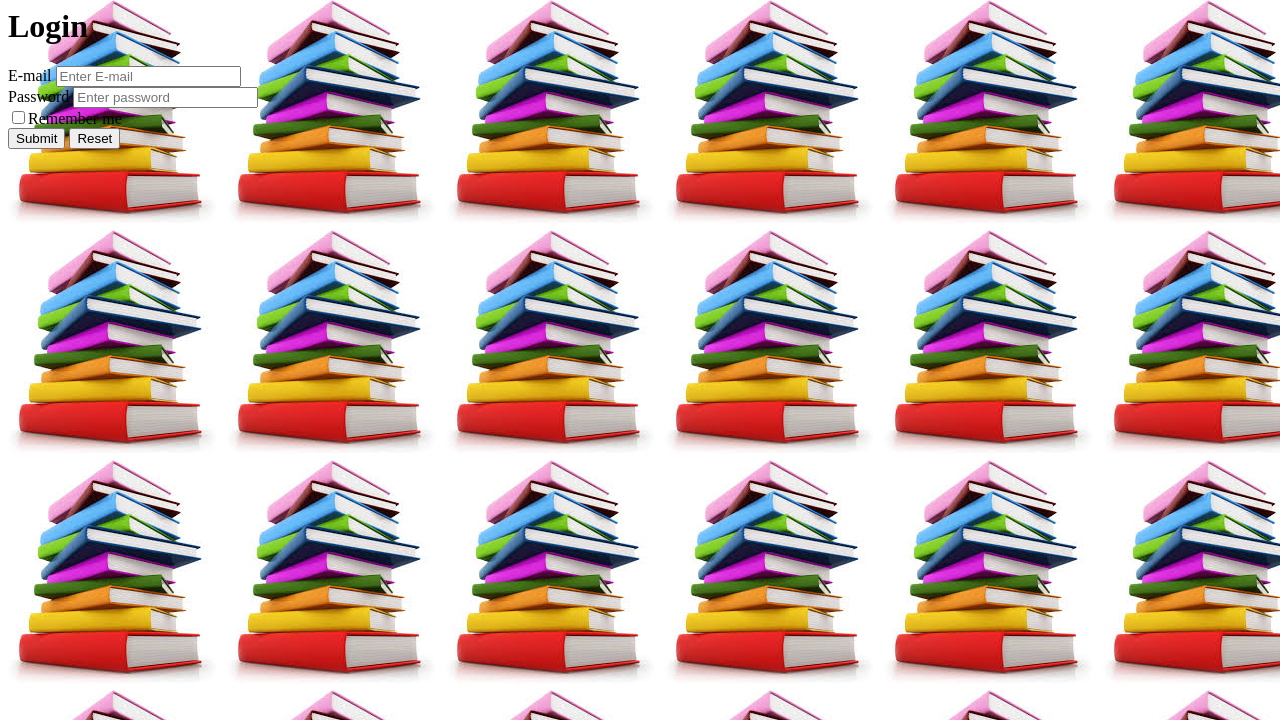
Repository: BragadeeshChandrasekar/my-bookshelf
Page: http://localhost/booksales/Login.jsp
The author's editor kept a copy of each file at every save. The page is drawn from the files as they stood at one save, then again after the next save.
The browser window is 1280 px wide. The pictures show the whole page.
The page is served by Tomcat 9.

Above is the page before, as saved 2016-06-10 11:00:08.

After the next save:
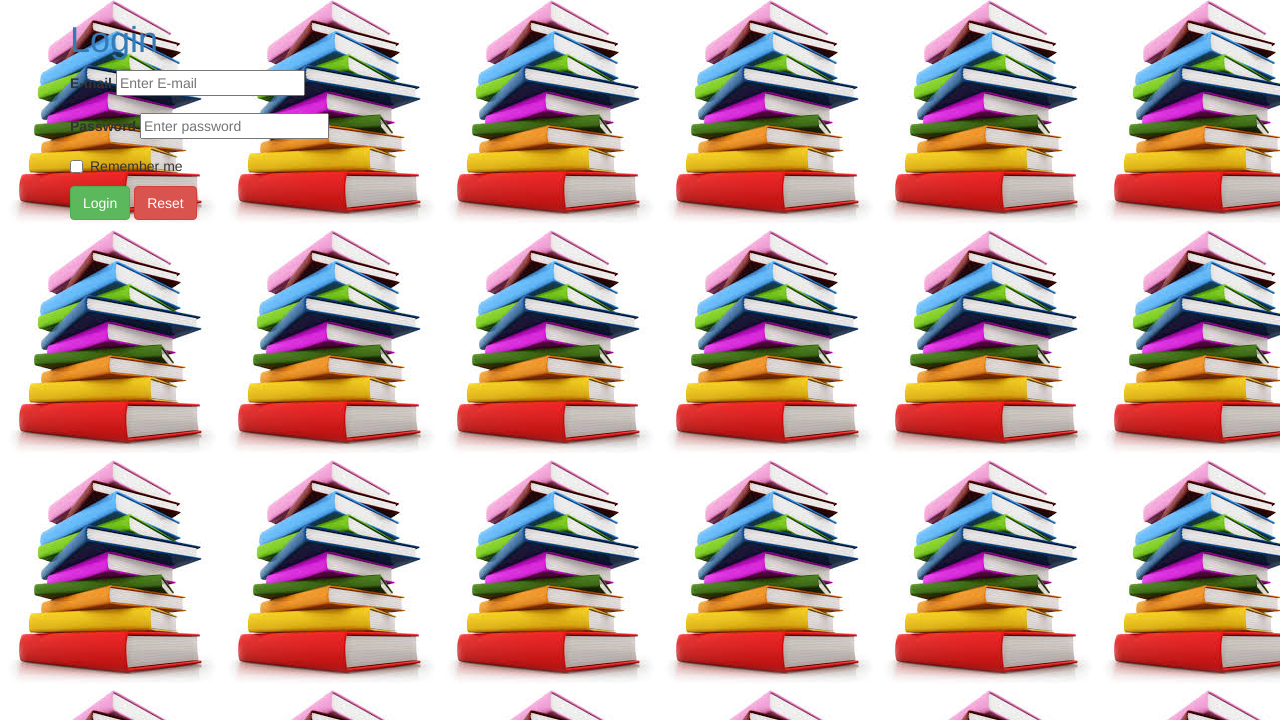
Saved 39 min 36 s later.
--- a/booksales/WebContent/Login.jsp
+++ b/booksales/WebContent/Login.jsp
@@ -2,27 +2,30 @@
     pageEncoding="ISO-8859-1"%>
 <html>
 <head>
-<meta http-equiv="Content-Type" content="IE=edge; charset=UTF-8">
-  <title>Log-In</title>
-</head>
+<meta http-equiv="Content-Type" content="text/html; charset=ISO-8859-1">
+<link rel="stylesheet" href="http://maxcdn.bootstrapcdn.com/bootstrap/3.3.6/css/bootstrap.min.css">
+  <script src="https://ajax.googleapis.com/ajax/libs/jquery/1.12.2/jquery.min.js"></script>
+  <script src="http://maxcdn.bootstrapcdn.com/bootstrap/3.3.6/js/bootstrap.min.js"></script>
+<meta charset="utf-8">
+<meta name="viewport" content="width=device-width, initial-scale=1">
+<title>Log-In</title>
 <body background="newbook.jpg">
-<form class="form-inline" role="form">
-<form action="LoginServlet"></form>
 <div class="container">
-<h1>Login</h1>
-</div>
+<form action="LoginServlet" method="post">
+<h1><p class="text-primary">Login</p></h1>
 <div class="form-group">
 <label for= "e-mail">E-mail</label>
-<input type="e-mail" class="form control" id="e-mail" placeholder="Enter E-mail">
+<input type="text" name="username" class="form control" id="e-mail" placeholder="Enter E-mail" maxlength="30">
 </div>
 <div class="form-group">
 <label for="pwd">Password</label>
-<input type="password" class="form control" id="pwd" placeholder="Enter password">
+<input type="password" name="password" class="form control" id="pwd" placeholder="Enter password" maxlength="10">
 </div>
 <div class="checkbox">
 <label><input type="checkbox">Remember me</label></div>
-<button type="submit" class="btn btn-primary">Submit</button>
-<button type="clear" class="btn btn danger">Reset</button>
+<button type="submit" class="btn btn-success">Login</button>
+<button type="reset" class="btn btn-danger">Reset</button>
 </form>
+</div>
 </body>
 </html>
